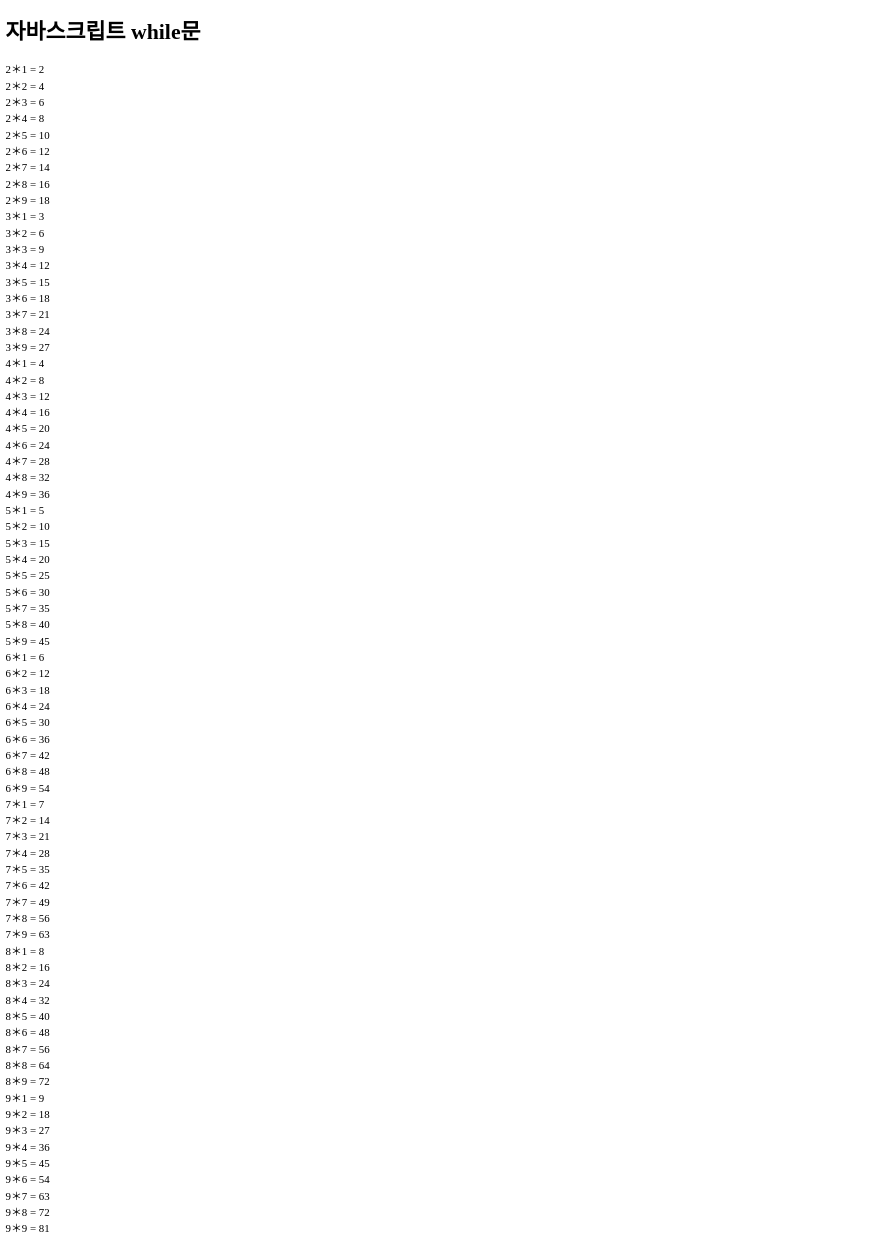
Repository: XenosJM/WEB_CODES
Page: Web03_JavaScript/src/main/webapp/08_while.html
The author's editor kept a copy of each file at every save. The page is drawn from the files as they stood at one save, then again after the next save.
The browser window is 1280 px wide. The pictures show the whole page, at 68% of full size.

Above is the page before, as saved 2024-03-20 08:37:30.

After the next save:
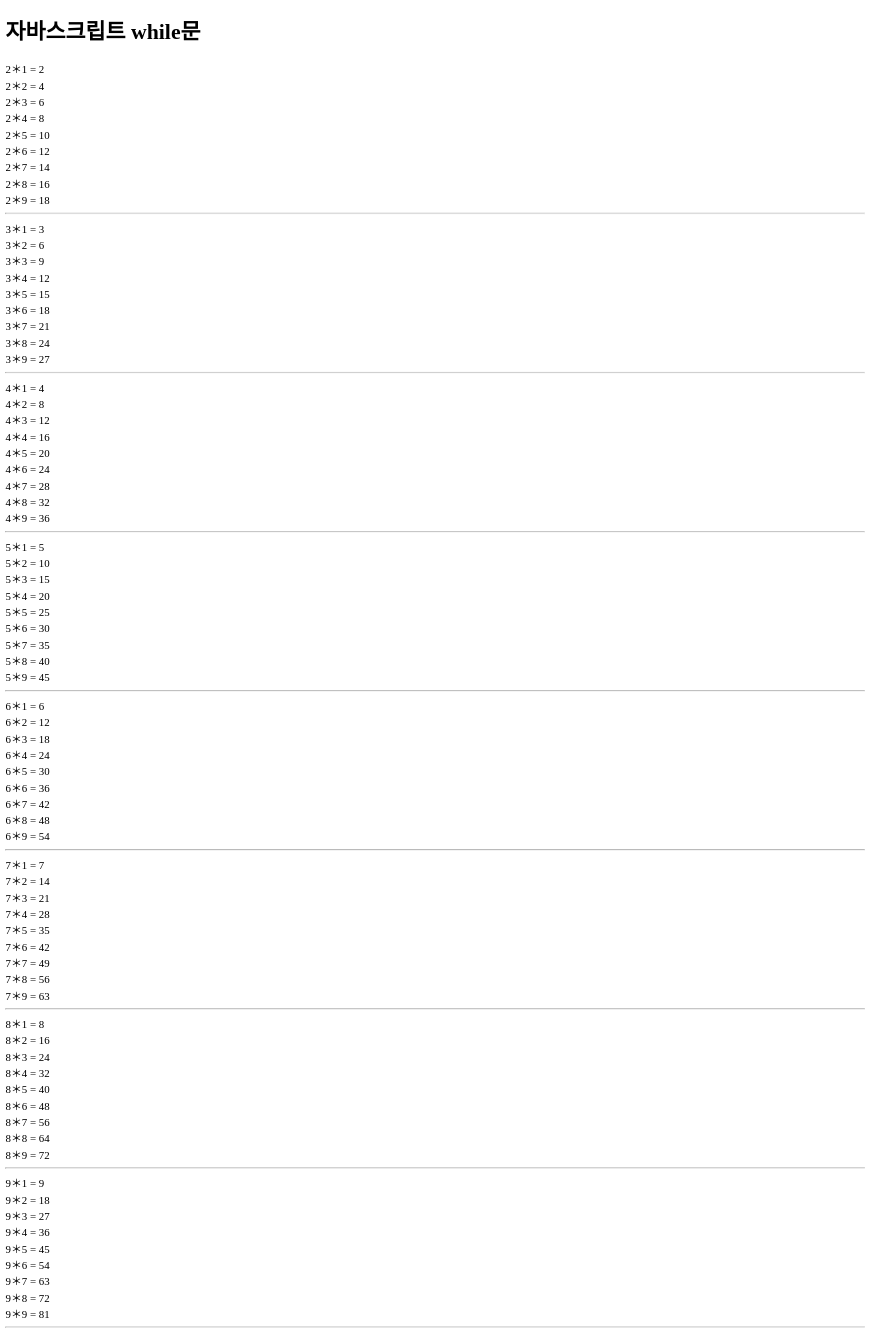
Saved 36 s later.
--- a/Web03_JavaScript/src/main/webapp/08_while.html
+++ b/Web03_JavaScript/src/main/webapp/08_while.html
@@ -16,6 +16,7 @@
 				let sum = (x * y);
 				output.innerHTML += x + '＊' + y + ' = ' + sum + '<br>';
 			}
+			output.innerHTML +='<hr>';
 		}
 	</script>
 </body>
